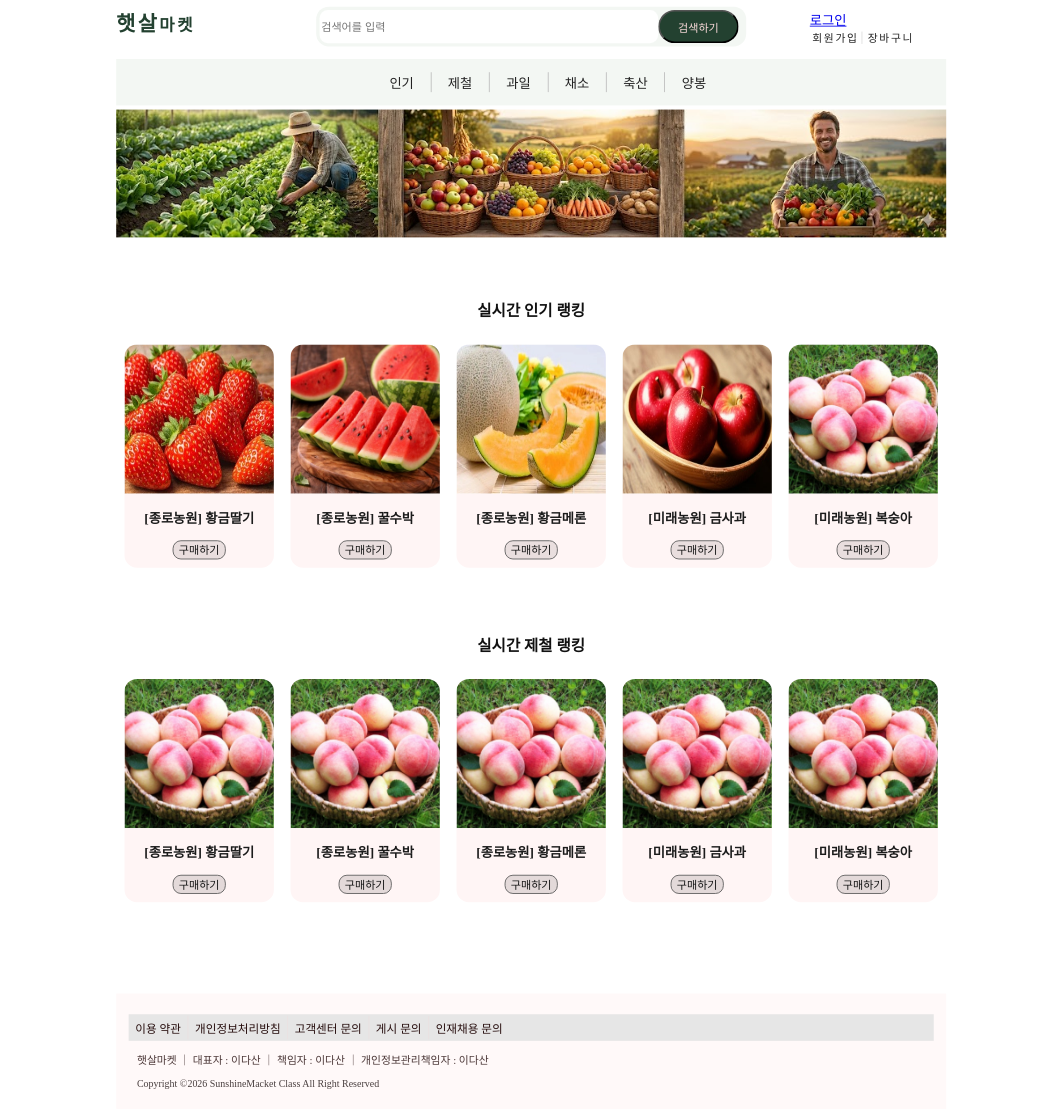
Repository: ham-zi/front-practice
Page: http://localhost/marketfresh/
The author's editor kept a copy of each file at every save. The page is drawn from the files as they stood at one save, then again after the next save.
The browser window is 1280 px wide. The pictures show the whole page, at 83% of full size.
The page is served by Tomcat 9. Nobody is signed in. The application's start-up code is not run.

Above is the page before, as saved 2026-05-07 10:38:40.

After the next save:
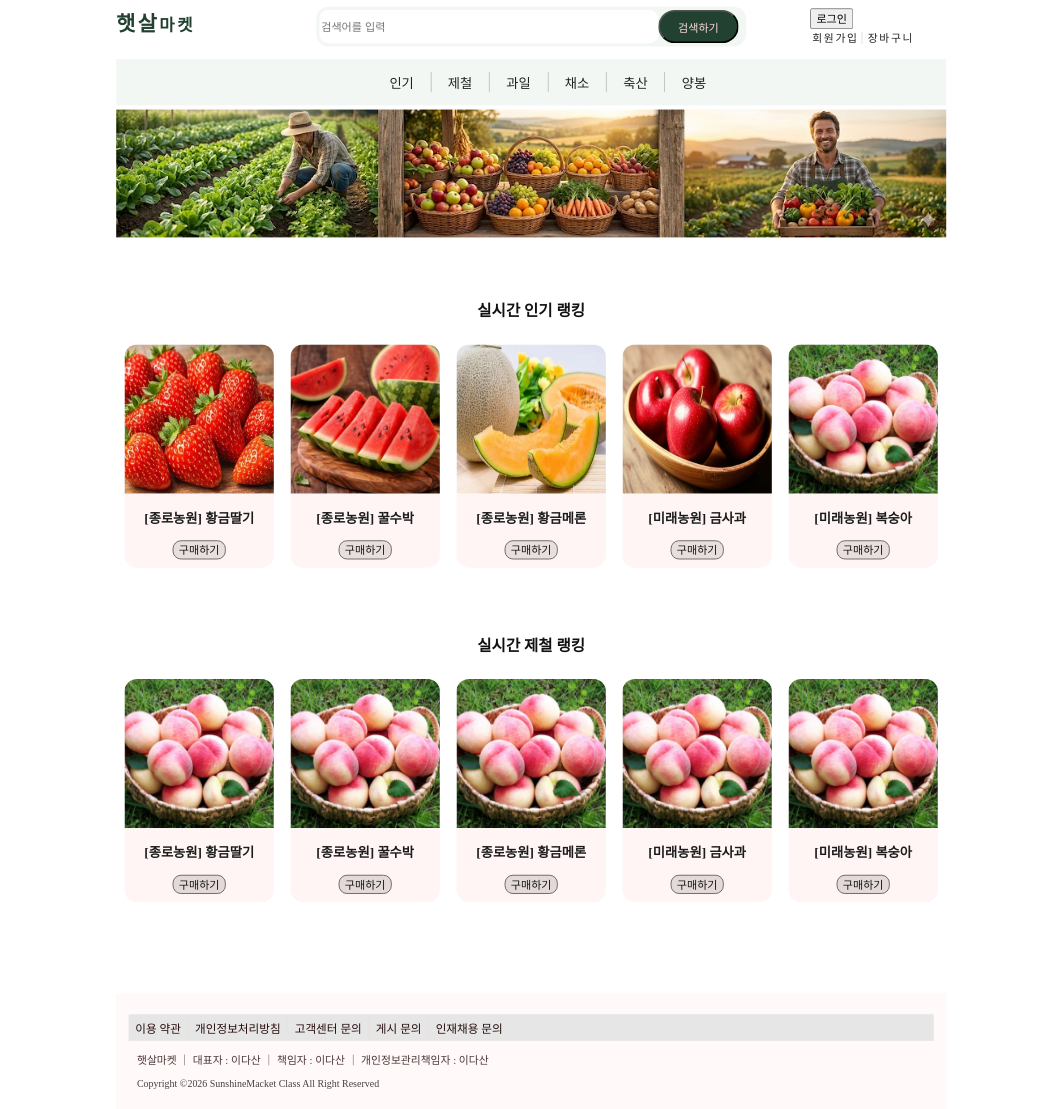
Saved 2 min 58 s later.
--- a/MINI_WEB-workspace/marketfresh/src/main/webapp/index.jsp
+++ b/MINI_WEB-workspace/marketfresh/src/main/webapp/index.jsp
@@ -100,7 +100,7 @@
             <div id="header_3">
                 <div id="util">
                 	<form method="post" action="/enroll.do">
-                    <a href="/enroll.do">로그인</a>
+                    	<button type="submit">로그인</button>
                 	</form>
                     <a href="#">회원가입</a>
                     <a href="#">장바구니</a>
